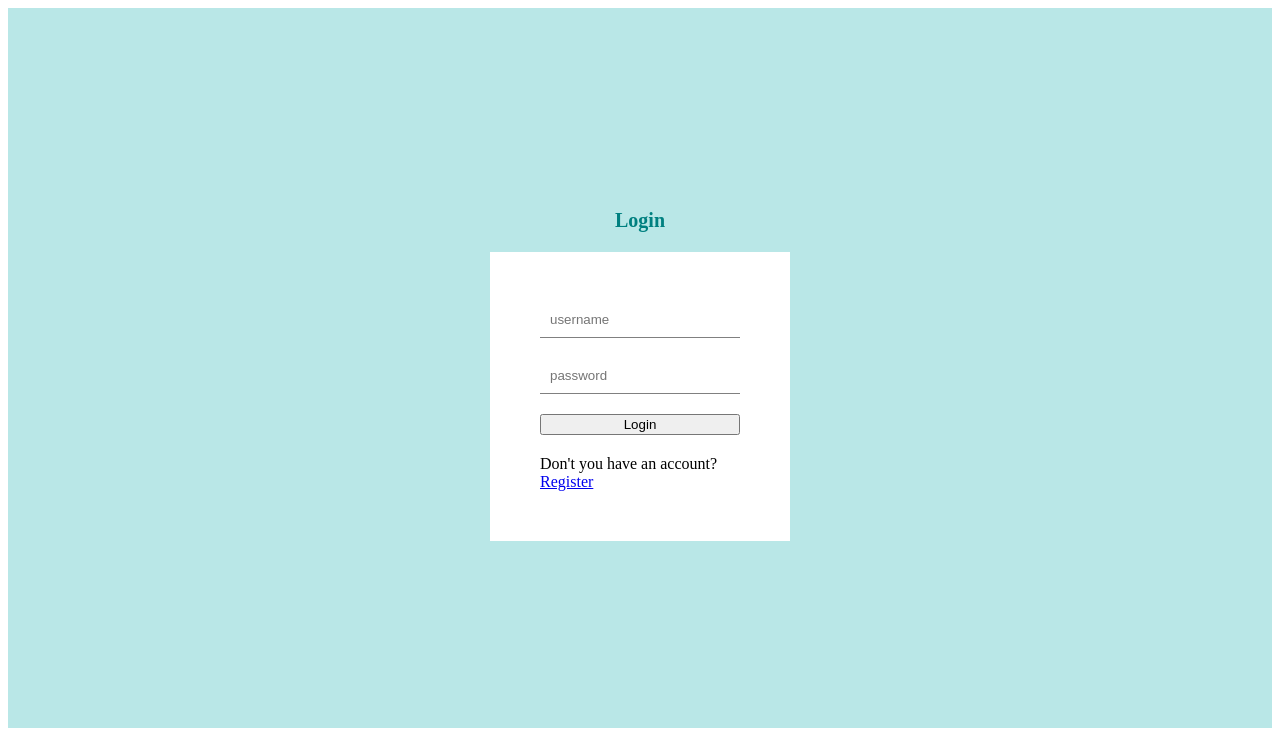
Repository: Jace9999/V-Blog
Page: /login (app in client/youtube2022/)
The author's editor kept a copy of each file at every save. The page is drawn from the files as they stood at one save, then again after the next save.
The browser window is 1280 px wide. The pictures show the whole page.
The project was rebuilt for these pictures with package versions that can differ from the ones it lists, and the page was loaded fresh each time. Also part of the build but not shown: client/youtube2022/src/pages/Register.jsx, client/youtube2022/src/pages/Home.jsx, client/youtube2022/src/pages/Single.jsx, client/youtube2022/src/pages/Write.jsx, client/youtube2022/src/components/Navbar.jsx, client/youtube2022/src/components/Footer.jsx.

Above is the page before, as saved 2023-08-02 14:44:14.

After the next save:
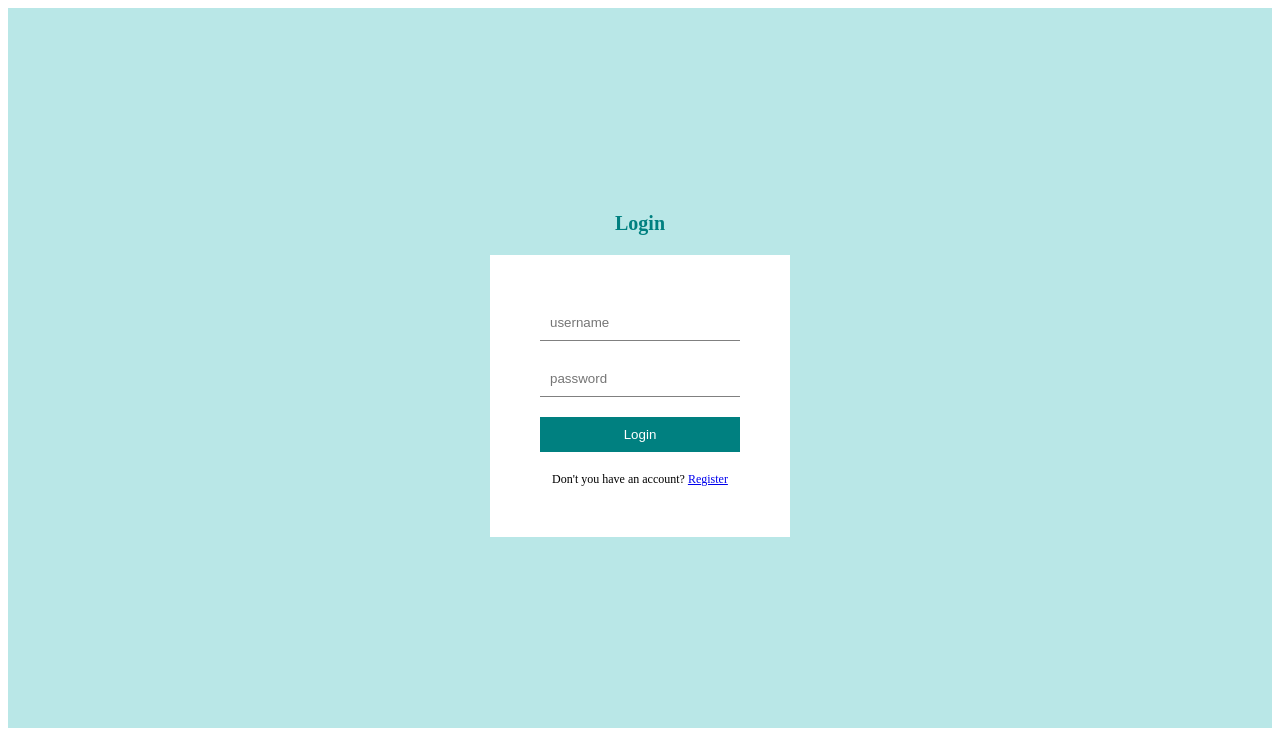
Saved 98 s later.
--- a/client/youtube2022/src/style.scss
+++ b/client/youtube2022/src/style.scss
@@ -30,8 +30,19 @@ $lightGreen: #b9e7e7;
                     padding: 10px;
                     border: none;
                     border-bottom: 1px solid gray;
+                }
+
+                button{
+                    padding: 10px;
+                    border: none;
+                    background-color: teal;
                     cursor: pointer;
                     color: white;
+                }
+
+                span{
+                    font-size: 12px;
+                    text-align: center;
                 }
             }
 
